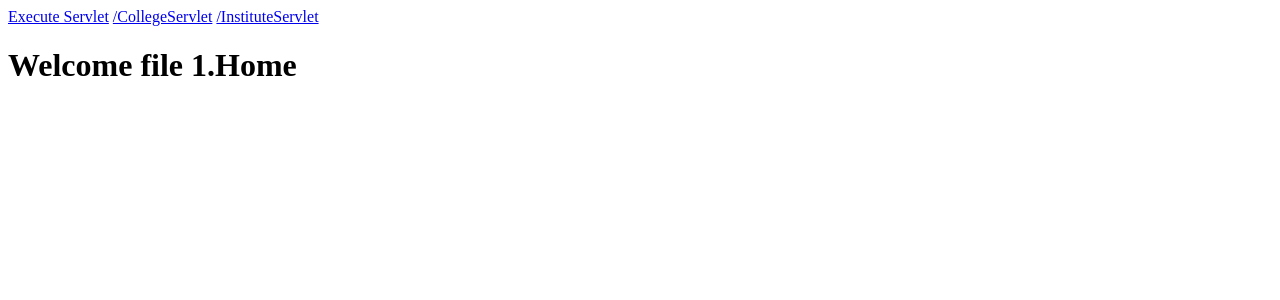
Repository: EU1182053/AdvJavaWorksSpace
Page: ServletInitPhase/src/main/webapp/Home.html
An editor plug-in stored every save of this project. The page is shown before and after the next save, followed by the edit.
The browser window is 1280 px wide. The pictures show the whole page.

Above is the page before, as saved 2022-09-05 07:13:58.

### ServletInitPhase/src/main/webapp/Home.html
<!DOCTYPE html>
<html>
<head>
<meta charset="UTF-8">
<title>Insert title here</title>
</head>
<body>
<a href="CompanyHome/MyCompanyHome">Execute Servlet</a>
<a href="CollegeServlet">/CollegeServlet</a>
<a href="InstituteServlet">/InstituteServlet</a>
<h1>Welcome file 1.Home</h1>
</body>
</html>

After the next save:
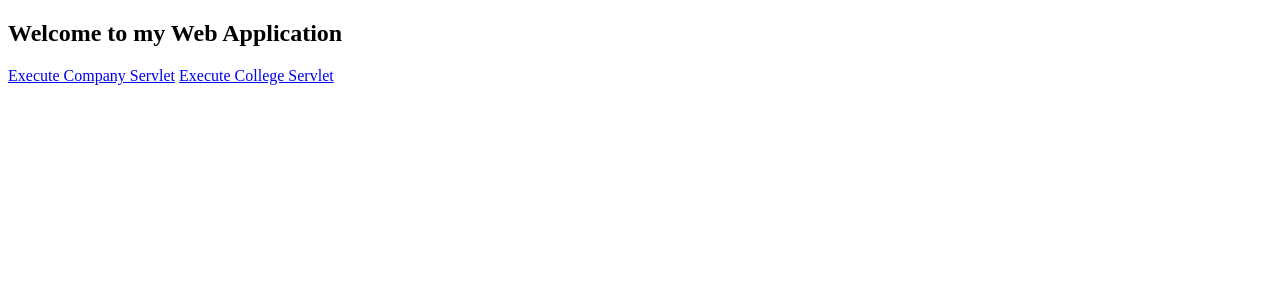
Saved 55 s later.
--- a/ServletInitPhase/src/main/webapp/Home.html
+++ b/ServletInitPhase/src/main/webapp/Home.html
@@ -1,13 +1,12 @@
 <!DOCTYPE html>
 <html>
 <head>
-<meta charset="UTF-8">
+<meta charset="ISO-8859-1">
 <title>Insert title here</title>
 </head>
 <body>
-<a href="CompanyHome/MyCompanyHome">Execute Servlet</a>
-<a href="CollegeServlet">/CollegeServlet</a>
-<a href="InstituteServlet">/InstituteServlet</a>
-<h1>Welcome file 1.Home</h1>
+<h2>Welcome to my Web Application</h2>
+<a href="Company/MyCompanyServlet">Execute Company Servlet</a>
+<a href="InstituteServlet">Execute College Servlet</a>
 </body>
 </html>
